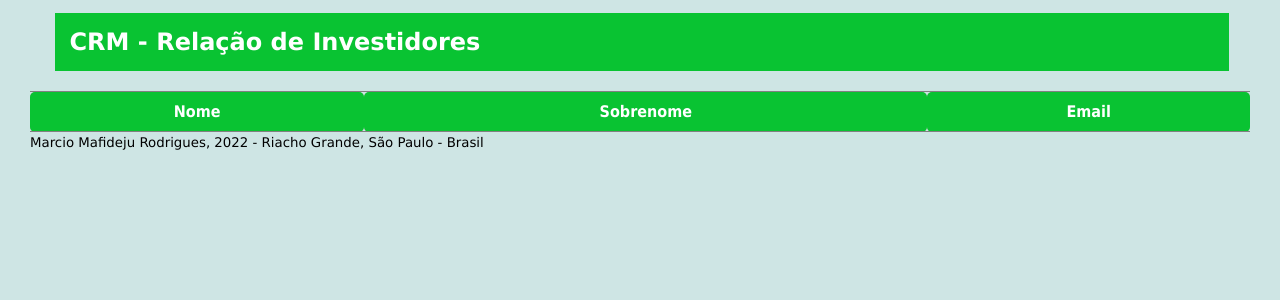
Repository: mafideju/CustomerTracker
Page: http://localhost/web-customer-tracker/WEB-INF/view/list-customers.jsp
An editor plug-in stored every save of this project. The page is shown before and after the next save, followed by the edit.
The browser window is 1280 px wide. The pictures show the whole page.
The page is served by Tomcat 9. Nobody is signed in. Other server files are loaded and not shown. The template is opened directly, without the code that normally fills it, so the values that code supplies are empty.

Above is the page before, as saved 2022-01-22 02:13:05.

### web-customer-tracker/WebContent/WEB-INF/view/list-customers.jsp
<%@ taglib uri="http://java.sun.com/jsp/jstl/core" prefix="c" %>

<!DOCTYPE html>
<html>
	<head>
		<title>Lista de Investidores</title>
		<link type="text/css" rel="stylesheet" href="${pageContext.request.contextPath}/resources/css/style.css">
	</head>

	<body>
		<main>

			<div id="wrapper"  style="display: flex; justify-content: center;">
				<div id="header">
					<h2>CRM - Relação de Investidores</h2>
				</div>
			</div>

			<div id="container">
				<div id="content">
					<table>
						<tr>
							<th>Nome</th>
							<th>Sobrenome</th>
							<th>Email</th>
						</tr>

						<c:forEach var="customer" items="${customers}">
							<tr>
								<td>${customer.firstName}</td>
								<td>${customer.lastName}</td>
								<td>${customer.email}</td>
							</tr>
						</c:forEach>

					</table>
				</div>
			</div>

		</main>
		<footer>
			<small>Marcio Mafideju Rodrigues, 2022 - Riacho Grande, São Paulo - Brasil</small>
		</footer>
	</body>
</html>

### web-customer-tracker/WebContent/resources/css/style.css
html, body{
	margin-left:15px;
	margin-right:15px;
	padding:0px;
	font-family:Verdana, Arial, Helvetica, sans-serif;
	background-color: #cee5e4;
}

table {
	border-collapse:collapse;
	border-bottom:1px solid gray;
	font-family: Tahoma,Verdana,Segoe,sans-serif;
	width:100%;
}

th {
	border-bottom:1px solid gray;
	background:none repeat scroll 0 0 #09c332;
	padding:10px;
	color: #FFFFFF;
	border-radius: 5px;
}

tr {
	border-top:1px solid gray;
	text-align:center;
}

tr:nth-child(even) {background: #FFFFFF;}
tr:nth-child(odd) {background: #BBBBBB;}

.add-button {
	border: 1px solid #666;
	border-radius: 5px;
	padding: 4px;
	font-size: 12px;
	font-weight: bold;
	width: 120px;
	padding: 5px 10px;
	margin-bottom: 15px;
	background: #cccccc;
}

#wrapper {
	width: 100%;
	margin-top: 0px;
}

#header {
	width: 95%;
	background: #09c332;
	margin-left: 3px;
	margin-top: 5px;
	padding:15px 0px 15px 15px;
}

#header h2 {
	width: 100%;
	margin:auto;
	color: #FFFFFF;
}

#container {
	width: 100%;
	margin: auto
}

#container h3 {
	color: #000;
}

#container #content {
	margin-top: 20px;
}

After the next save:
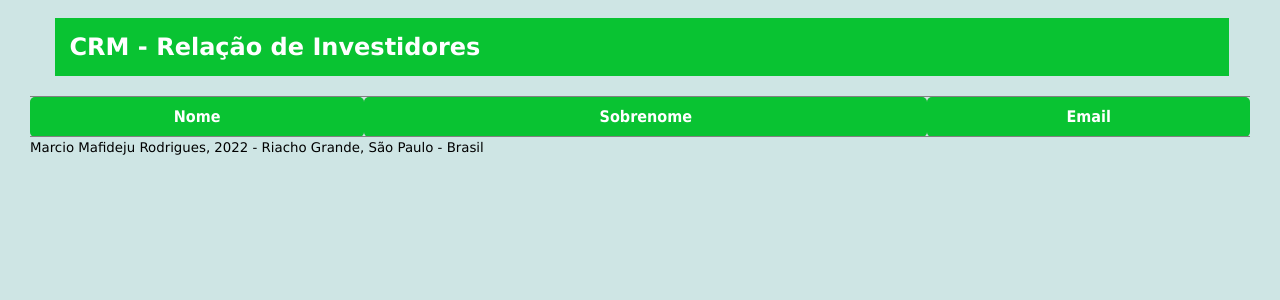
Saved 35 s later.
--- a/web-customer-tracker/WebContent/resources/css/style.css
+++ b/web-customer-tracker/WebContent/resources/css/style.css
@@ -50,7 +50,7 @@ tr:nth-child(odd) {background: #BBBBBB;}
 	width: 95%;
 	background: #09c332;
 	margin-left: 3px;
-	margin-top: 5px;
+	margin-top: 10px;
 	padding:15px 0px 15px 15px;
 }
 
